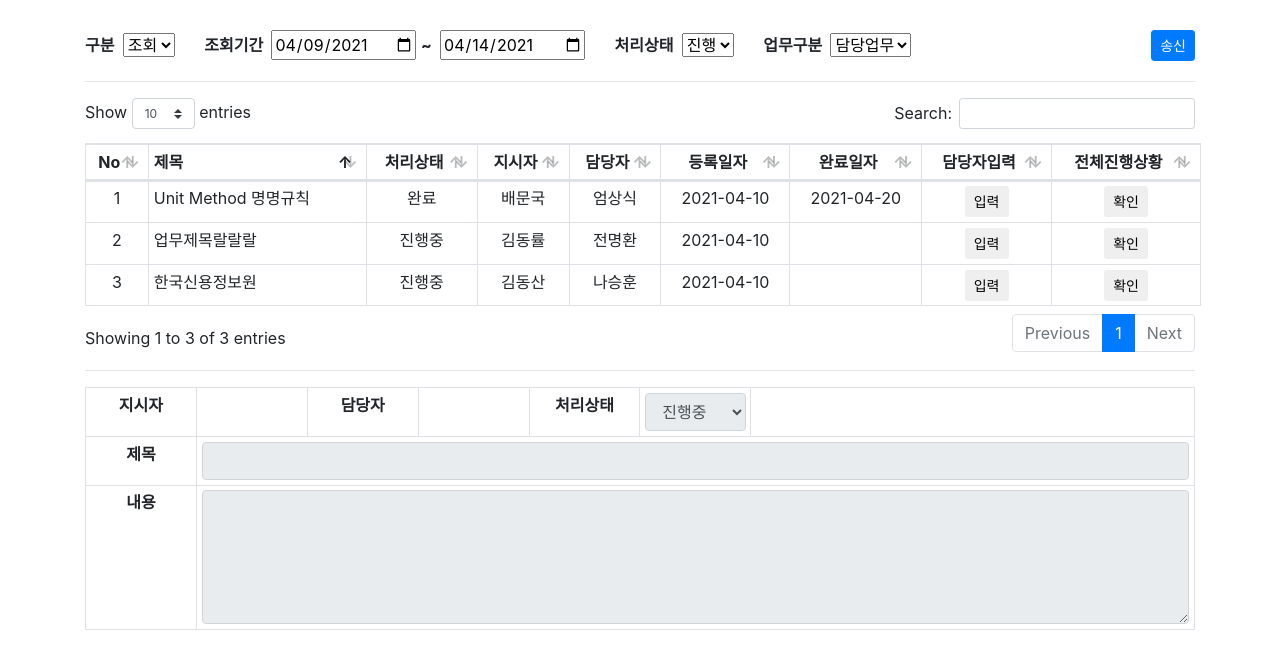
Repository: jungtaeyong/FSB_Project
Page: http://localhost/FsbJobMgt/main.jsp
The author's editor kept a copy of each file at every save. The page is drawn from the files as they stood at one save, then again after the next save.
The browser window is 1280 px wide. The pictures show the whole page.
The page is served by Tomcat 9.

Above is the page before, as saved 2021-04-16 05:44:27.

After the next save:
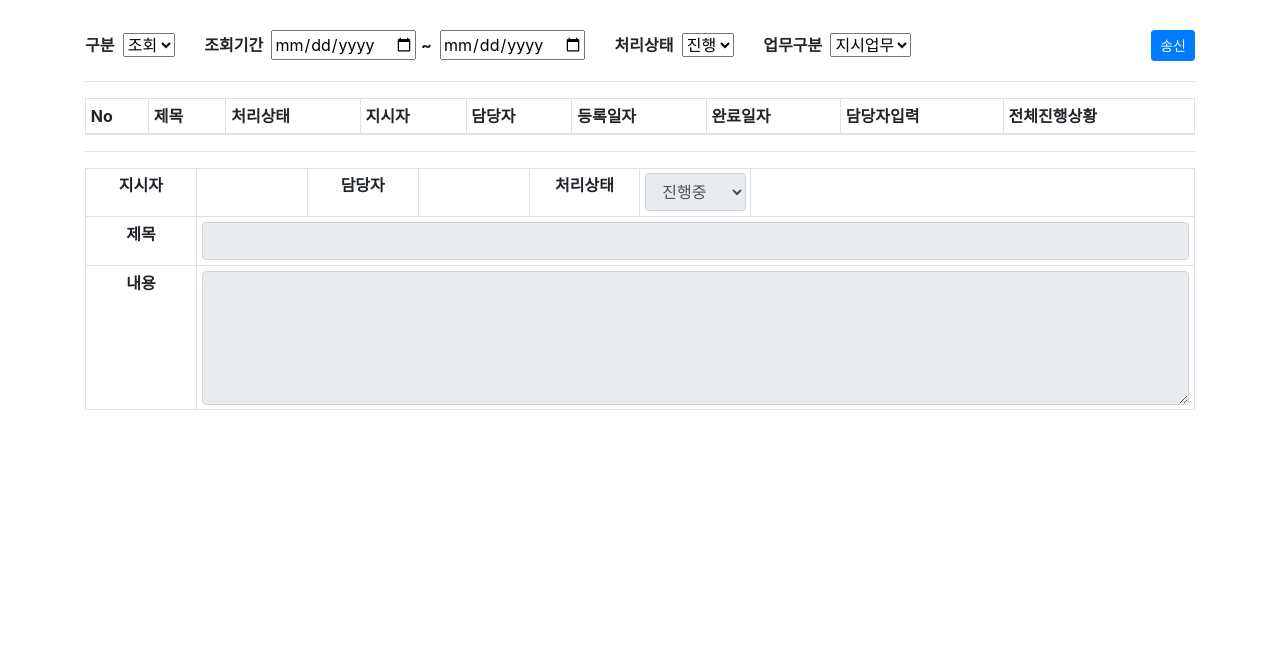
Console error: SyntaxError: Missing initializer in const declaration
Saved 36 s later.
--- a/FsbJobMgt/WebContent/main.jsp
+++ b/FsbJobMgt/WebContent/main.jsp
@@ -78,7 +78,7 @@
 } );
 
 /* 테이블 데이터 로딩 및 기능 세팅 */
-let jobList;
+const jobList;
 function setTable(){
 	/* 테이블 데이터 로딩 */
 	let sendData = {

After the save that followed:
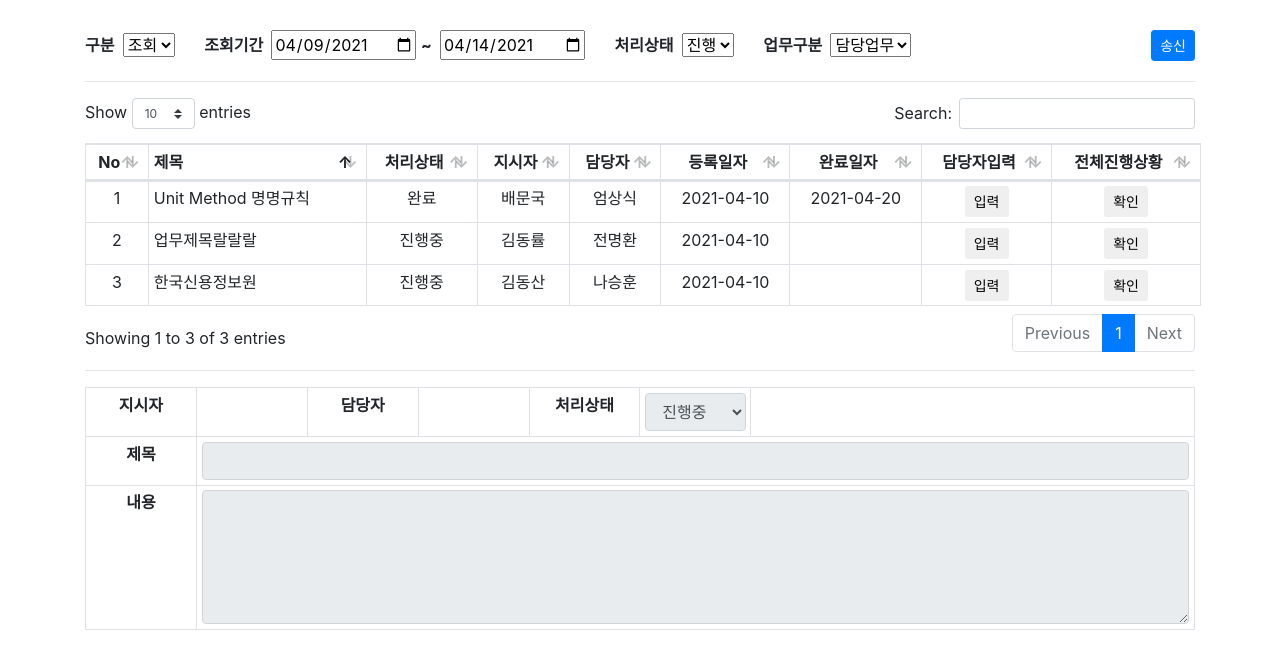
The error is gone.
Saved 10 s later.
--- a/FsbJobMgt/WebContent/main.jsp
+++ b/FsbJobMgt/WebContent/main.jsp
@@ -78,7 +78,7 @@
 } );
 
 /* 테이블 데이터 로딩 및 기능 세팅 */
-const jobList;
+var jobList;
 function setTable(){
 	/* 테이블 데이터 로딩 */
 	let sendData = {
